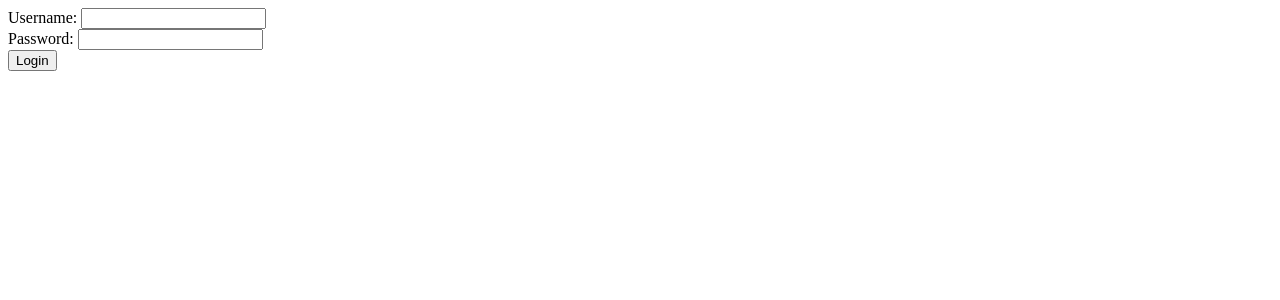
Repository: MohamedUmar083/Project_2
Page: http://localhost/Railway_Crossing_Status/login.jsp
These files come from the project's save history. The page is drawn as it stood at one moment and after the next save; the edit follows.
The browser window is 1280 px wide. The pictures show the whole page.
The page is served by Tomcat 10.

Above is the page before, as saved 2023-12-22 18:20:48.

After the next save:
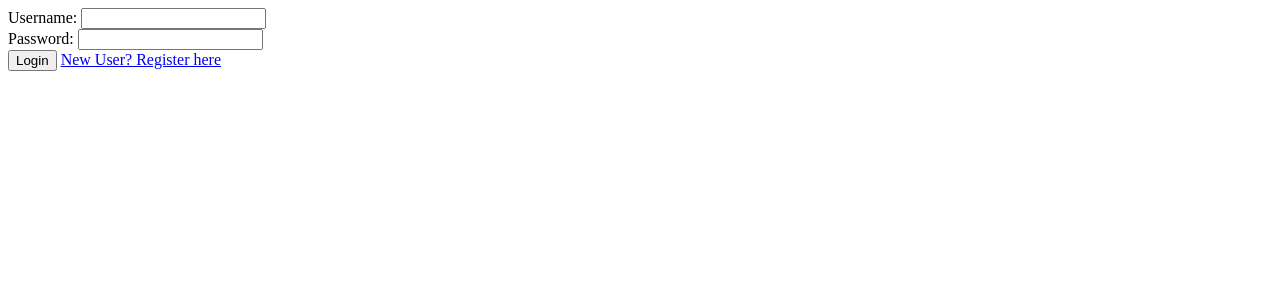
Saved 13 min 1 s later.
--- a/Railway Crossing Status/src/main/webapp/login.jsp
+++ b/Railway Crossing Status/src/main/webapp/login.jsp
@@ -14,6 +14,7 @@
         <input type="password" id="password" name="password" required><br>
 
         <input type="submit" value="Login">
+         <a href="register.jsp">New User? Register here</a>
     </form>
 
     <% String errorMessage = (String)request.getAttribute("errorMessage");
